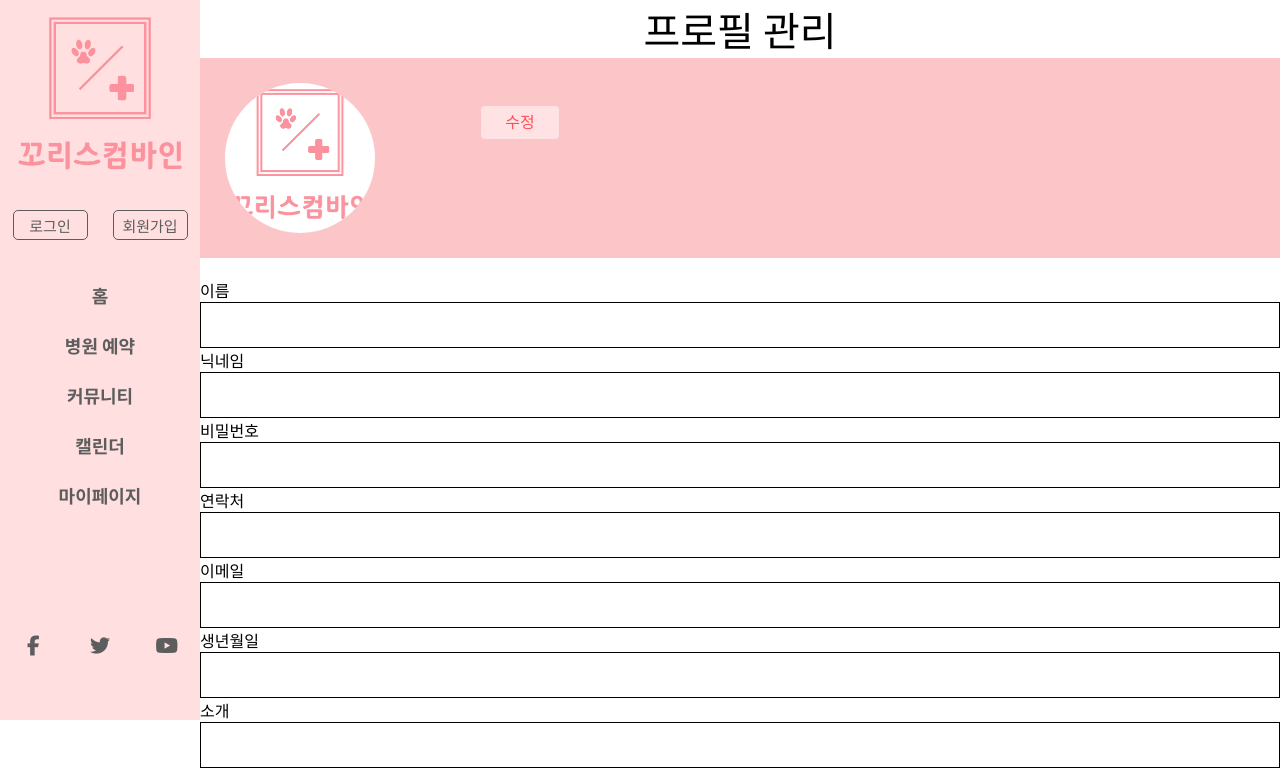
Repository: dodnam/kkoris
Page: http://localhost/1_kkoris/reservation2.jsp
The author's editor kept a copy of each file at every save. The page is drawn from the files as they stood at one save, then again after the next save.
The browser window is 1280 px wide. The pictures show the whole page.
Some web libraries are served in a nearby version. The page is served by Tomcat 9.

Above is the page before, as saved 2020-02-17 15:00:12.

### 1_kkoris/WebContent/reservation2.jsp
<%@ page language="java" contentType="text/html; charset=UTF-8"
    pageEncoding="UTF-8"%>
<!DOCTYPE html>
<html>
<head>
<meta charset="UTF-8">
<title>Insert title here</title>
<link rel="stylesheet" type="text/css" href="<%= request.getContextPath() %>/css/index.css"/>
<link rel="stylesheet" type="text/css" href="<%= request.getContextPath() %>/css/layout.css"/>
<style>
	.box_con{padding:25px; height:200px; background-color:#fcc6c9; left:30px;right:30px;}
	.box{width: 150px; height:150px; border-radius:70%; overflow:hidden; background-color:#fff;top:20px;text-align:center;}
	.profile{width: 100%; height:100%; object-fit:cover; display:block; margin:0px auto;}
	.userTitle{font-size:40px; text-align:center; top:30px;}
	.submit{line-height: 30px; text-align: center; background-color: #ffe3e4; color:#ff4e59;border: 1px solid #fcc6c9; border-radius: 5px; width: 80px; height: 35px;  position: fixed;left: 480px; top: 105px; outline:none;}

</style>
</head>
<body>
	<%@ include file="views/layout.jsp" %>
	<div class="container">
    	<div class="userTitle">
			프로필 관리
    	</div>

    	<div class="userProfile">
    		<div class="box_con">
	    		<div class="box">
	    			<img class="profile" src="<%= request.getContextPath() %>/images/logo.png">
	    		</div>
    		</div>

				<div class="input-box">
					<p class="input-label">이름</p><input type="text">
	    			<p class="input-label">닉네임</p><input type="text">
	    			<p class="input-label">비밀번호</p><input type="password">
	    			<p class="input-label">연락처</p><input type="text">
	    			<p class="input-label">이메일</p><input type="email">
	    			<p class="input-label">생년월일</p><input type="text">
	    			<p class="input-label">소개</p><input type="text">
	    		</div>
    	</div>

    	<div>
    		<div class="submit">수정</div>
    	</div>
	</div>
</body>
</html>

### 1_kkoris/WebContent/views/layout.jsp
<%@ page language="java" contentType="text/html; charset=UTF-8"
    pageEncoding="UTF-8"%>
<!DOCTYPE html>
<html>
<head>
<meta charset="UTF-8">
<title>Insert title here</title>
<link href="https://fonts.googleapis.com/css?family=Noto+Sans+KR&display=swap" rel="stylesheet">
<script src="https://kit.fontawesome.com/18fd811fa1.js" crossorigin="anonymous"></script> <!-- sns아이콘 -->
<link rel="stylesheet" type="text/css" href="<%= request.getContextPath() %>/css/layout.css"/> <!-- 작성할 css를 연결 -->
</head>
<body>
	<header><!-- 헤더 -->
		<h1 class="logo"></h1>
		<nav>
      		<div class="login">
	        	<div><a href="#">로그인</a></div>
	        	<div><a href="#">회원가입</a></div>
	      	</div>
	      	<ul id="navigator">
	        	<li id="nav-home">
	         		<a href="#"><span>홈</span></a>
	         	</li>
	         	<li id="nav-hospital">
	         		<span>병원 예약</span>
         			<ul class="nav2-hospital" id="nav2-hospital">
         				<li><a href="#">병원 검색</a></li>
	         			<li><a href="#">예약 확인</a></li>
	         			<li><a href="#">병원 후기</a></li>
         			</ul>
	         	</li>
	         	<li id="nav-community">
	         		<span>커뮤니티</span>
         			<ul class="nav2-community" id="nav2-community">
	         			<li><a href="#">공지사항</a></li>
	         			<li><a href="#">후기 모아보기</a></li>
	         			<li><a href="#">지식 공유</a></li>
         			</ul>
	         	</li>
	         	<li id="nav-calendar">
	         		<a href="#"><span>캘린더</span></a>
	         	</li>
	         	<li id="nav-mypage">
	         		<span>마이페이지</span>
	         		<ul class="nav2-mypage" id="nav2-mypage">
		         		<li><a href="#">내 정보</a></li>
		         		<li><a href="#">예약 조회</a></li>
		         		<li><a href="#">포인트샵</a></li>
		         		<li><a href="#">내가 쓴 글 조회</a></li>
	         		</ul>
	         	</li>
	      	</ul>
		<dl>
	    	<dt class="blind">sns</dt>
	        <dd><a href="#"><i class="fab fa-facebook-f"></i></a></dd>
	        <dd><a href="#"><i class="fab fa-twitter"></i></a></dd>
	        <dd><a href="#"><i class="fab fa-youtube"></i></a></dd>
		</dl>
		</nav>
	</header>
	<footer></footer>
</body>
</html>

### 1_kkoris/WebContent/css/index.css
@charset "UTF-8";
/* 컨테이너 */
div.container{position: absolute; top:0; left:0; padding-left:200px; height:100%; width:100%; box-sizing:border-box;}
/* 섹션이 현재 1개이기 때문에 100% 2개면 200%, 3개면 300% */
/* 참고	section:nth-of-type(1) {section 중 첫번째 section에 접근} */
section.main {position:relative; height:100%; width:100%; background: url(../images/main-bg.jpg) no-repeat center center; background-size: contain;}
section.main > article.quickMenu > ul {position: absolute; top:calc(50% - 50px); left:calc(50% - 25%); width: 50%; height: 100px; display: flex;}
section.main > article.quickMenu {position: relative; width: 100%; height: 100%; background: rgba(0, 0, 0, 0.2);}
section.main > article.quickMenu > ul > li {width: 25%; height:100px;}
section.main > article.quickMenu > ul > li > a {color: #5d5d5d; display:block; font-size: 5em; text-align:center;}
section.main > article.quickMenu > ul > li > a > span {display: block; font-size: 15px;}
section.main > article.quickMenu > ul > li > a:hover {color: #fb929e;}

### 1_kkoris/WebContent/css/layout.css
@charset "UTF-8";
* {margin: 0; padding: 0; font-family: 'Noto Sans KR', sans-serif;}
*, *:before, *:after {box-sizing: border-box;}
html, body {width: 100%; height: 100%;}
table{border-collapse: collapse;}
img,fieldset{border: none;}
ol,ul{list-style: none;}
h1,h2,h3,h4,h5,h6{font-weight: normal; font-size: 100%;}
q:after,q:before{content: "";}
abbr,acronym{border:none;} /* 축약어 */
img,input,select{vertical-align: middle;}
hr{display: none;}
a {text-decoration: none; color: #000;}
header {position: fixed; width: 200px; height: 100%; background: #ffdfdf; z-index: 30;}
input{outline: none; background: none;}
.blind{position: absolute;left: 0;top: 0;width: 0;height: 0;font-size: 0;line-height: 0;text-indent: -9999px;overflow: hidden;visibility: hidden;}
.displaynone{display: none;}

/* input타입 1 (커서유입에 따른 스타일 변화)
	<div class="input-container"><label class="input-label">아이디</label><input type=""></div>
*/
div.input-container {position: relative; display: block; margin: 20px 0;}
div.input-container > input {width: 100%; height: 40px; line-height: 40px; font-size: 16px; border: none; border-bottom: 1px solid #5d5d5d;}
div.input-container.focus > input:focus {border-bottom: 1px solid #fb929e;}
label.input-label {position: absolute; font-size: 16px; transform: translateY(10px); color: #5d5d5d; transition: transform 0.2s ease; z-index: -1;}
div.input-container.focus > label.input-label {font-size: 12px; transform: translateY(-5px); text-transform: uppercase;}
div.input-container.focus.on > label.input-label {color: #fb929e;}

/* input타입 2 (박스형)
	<div class="input-box"><p class="input-label">라벨명</p><input type=""></div>
*/
div.input-box {position: relative; display: block; margin: 20px 0;}
div.input-box > input {width: 100%; padding: 10px; font-size: 16px; border: 1px solid #000;}
p.input-label {font-size: 16px; color: #000;}
p.input-info {font-size: 14px; color: #5d5d5d;}

/* input radio
	<input type="radio" name="test"><label class="radioLabel">라벨명1</label>
	<input type="radio" name="test"><label class="radioLabel">라벨명2</label>
*/
input[type=radio] {display: none;}
label.radioLabel {display: inline-block; position: relative; padding: 0 30px; cursor: pointer; line-height: 18px;}
label.radioLabel:before, label.radioLabel:after {position: absolute; border-radius: 50%; content: '';}
label.radioLabel:before {left: 0; top: 0; width: 18px; height: 18px; border: 2px solid #000;}
label.radioLabel:after {top: 5px; left: 5px; width: 8px; height: 8px; background: #fb929e; transform: scale(0);}
input[type="radio"]:checked + label.radioLabel:before {border-color: #fb929e; }
input[type="radio"]:checked + label.radioLabel:after {transform: scale(1);}

/* input submit
	<form>에서 submit되는 버튼을 위한 css (단, 검색 등의 다른 버튼은 blue베이스 스타일로 사용)
*/
div.input-submit {display: block; text-align: center; padding: 15px;}
input[type="submit"] {min-width: 50px; height: 30px; cursor: pointer; background: #ffdfdf; color: #5d5d5d; font-size: 14px; font-weight: 600; border: none; border-radius: 5px;}
input[type="submit"]:hover {background: #fb929e; color: #fff;}

/* select 옵션  */
div > select {font-size: 10pt; width: 100px; padding: .7em .5em; font-family: inherit; background: url(https://farm1.staticflickr.com/379/19928272501_4ef877c265_t.jpg) no-repeat 95% 50%; -webkit-appearance: none; -moz-appearance: none; appearance: none; outline:none; border:1px solid #5d5d5d;}

/* input 검색 (class="search_input") */
div > span > input.search_input{width: 250px;  padding: 12px 24px; font-size: 14px; line-height: 18px; color: #575756; background-size: 18px 18px; border-radius: 50px; border: 1px solid #5d5d5d; backface-visibility: hidden; right:20px; outline:none;}


/* 영역
	<div class="container">		// 아래css 외에 특정 스타일을 주어야할 때, 클래스를 추가로 부여하여 사용했음 (ex. class="container login")
		<div class="contents">
			구현 영역
		</div>
	</div>
*/
div.container {position: absolute; top:0; left:0; padding-left:200px; width: 100%; height: 100%; margin: 0 auto; box-sizing: border-box;}
div.contents {position:relative; margin: 0 auto;}
div.contents > h2 {font-weight: 700; font-size: 30px; color: #000; padding: 15px 0; text-align: center;}


/** 헤더 **/
h1.logo {
	text-indent: -9999px; overflow: hidden; width: 180px; height: 180px;
	margin: 10px auto; /* auto는 중앙에 놓음 */
	background: url(../images/logo.png) no-repeat; background-size: contain; /*contain = h1 사이즈에 맞춤*/
}
nav > div.login {display: flex; justify-content:space-around; font-size: 15px;}
				/*블락요소로 가로 정렬 함*/
nav > div.login > div {width: 75px; height: 30px;} /* 위 아래 마진, 좌 우 마진*/
nav > div.login > div > a {display: block; width: 100%; height: 100%; line-height: 30px; text-align: center; border: 1px solid #5d5d5d; border-radius: 5px;}
nav > div.login > div > a:hover {color: #fb929e; border: none; background: #fff6f6; font-weight: 600}

/* 메뉴 */
nav {margin-top: 20px;}
nav * {color: #5d5d5d;}
nav > ul {margin-top: 30px; text-align: center;}
nav > ul > li {width: 100%;}
nav > ul > li:hover {background: #fff6f6;}
nav > ul > li span {display:block; width: 100%; height: 100%; line-height: 50px; font-size: 18px; font-weight: 600; border-radius: 10px; cursor: pointer;}
nav > ul > li span:hover {color: #fb929e;}

nav > ul > li > ul[class^=nav2] {display: none;}
nav > ul > li > ul[class^=nav2] > li > a {display: block; line-height: 40px; font-size: 16px;}
nav > ul > li > ul[class^=nav2] > li > a:hover {color: #fb929e; font-weight: 600;}

nav > ul > li:hover > ul[class^=nav2] {display: block;}

/* sns */
nav > dl {position:absolute; bottom:50px; width:100%; height:50px; display:flex; justify-content:space-around;}
nav > dl > dd {width:50px; text-align:center;}
nav > dl > dd > a {display: block; width: 100%; height:100%; font-size:20px; line-height:50px; transition:all 0.2s ease 0s;}
nav > dl > dd > a:hover {font-size:25px;}

footer {position: fixed; bottom: 10px;}

After the next save:
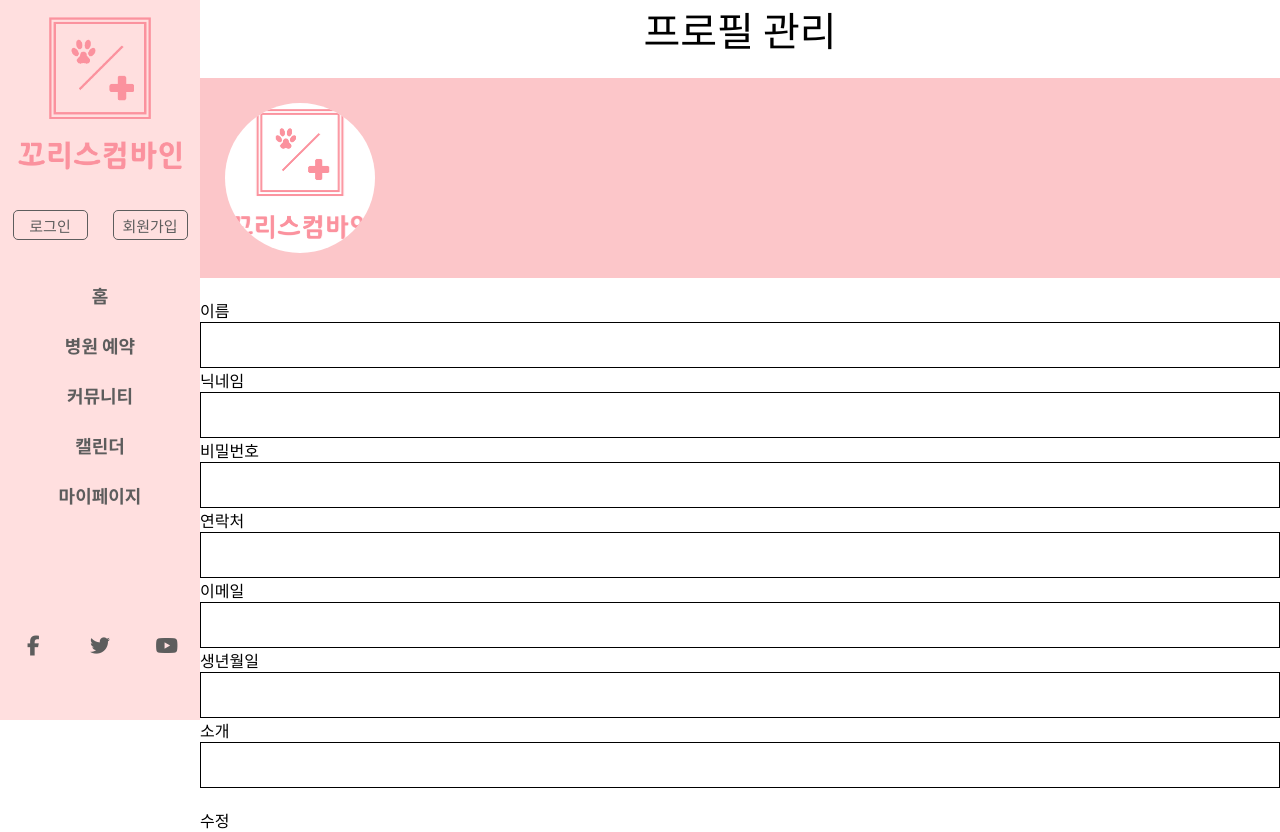
Saved 2 min 17 s later.
--- a/1_kkoris/WebContent/reservation2.jsp
+++ b/1_kkoris/WebContent/reservation2.jsp
@@ -23,7 +23,7 @@
 			프로필 관리
     	</div>
 
-    	<div class="userProfile">
+    	<div class="input-container">
     		<div class="box_con">
 	    		<div class="box">
 	    			<img class="profile" src="<%= request.getContextPath() %>/images/logo.png">
@@ -41,7 +41,7 @@
 	    		</div>
     	</div>
 
-    	<div>
+    	<div class=">
     		<div class="submit">수정</div>
     	</div>
 	</div>
